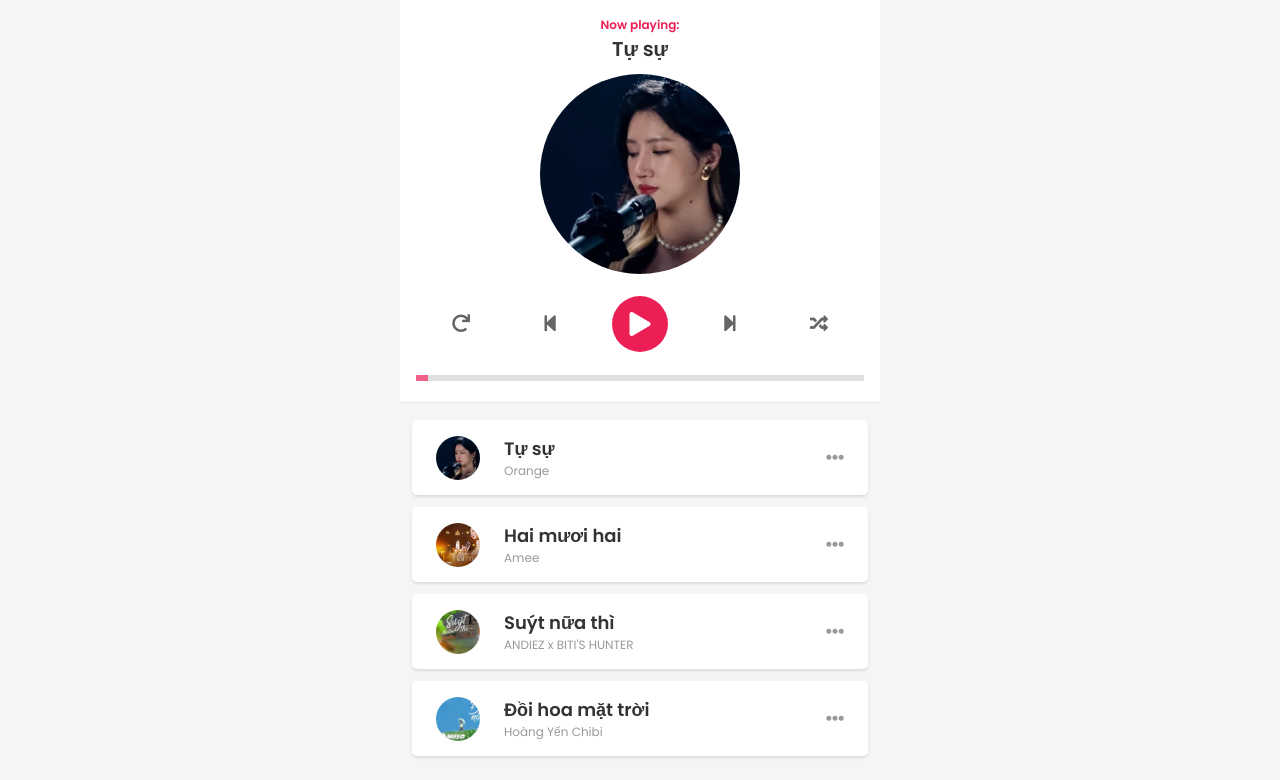
Repository: tannv3201/learn_JS_F8
Page: Example/Music player/index.html
These files come from the project's save history. The page is drawn as it stood at one moment and after the next save; the edit follows.
The browser window is 1280 px wide. The pictures show the whole page.

Above is the page before, as saved 2022-08-17 13:51:16.

After the next save:
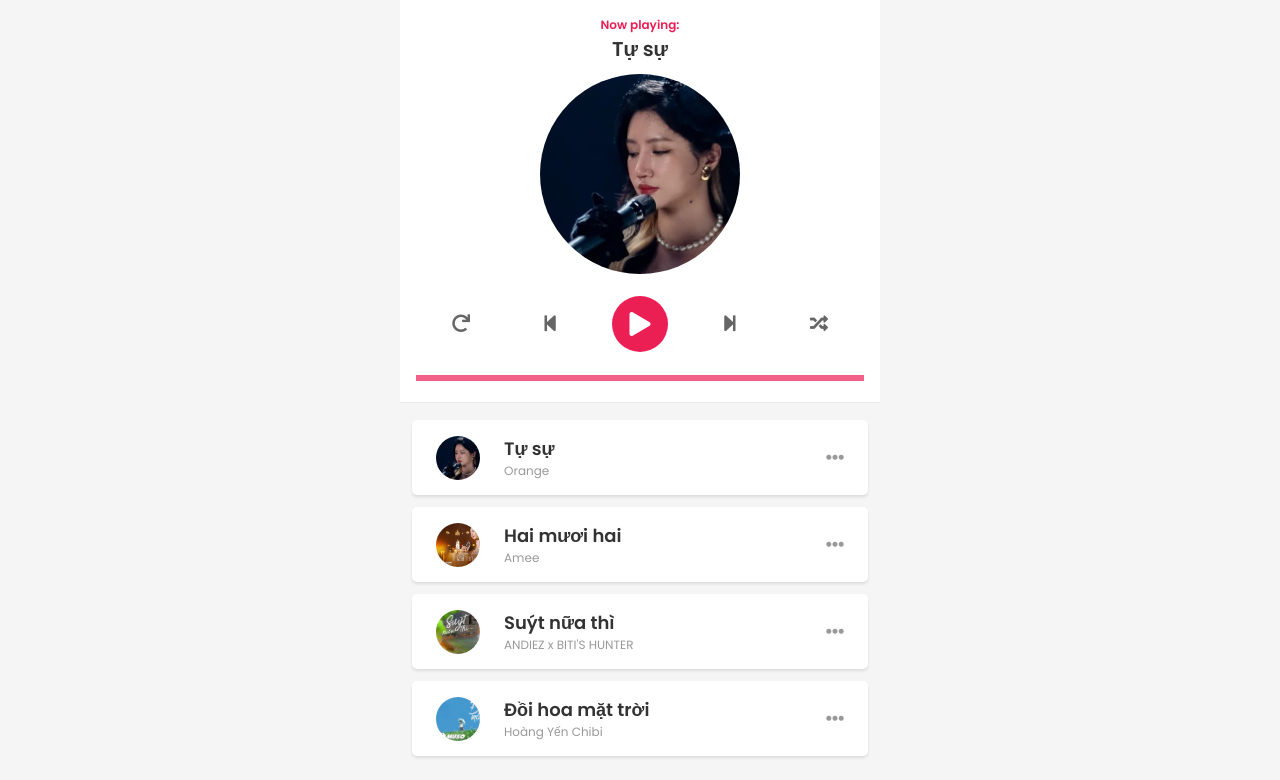
Saved 9 s later.
--- a/Example/Music player/style.css
+++ b/Example/Music player/style.css
@@ -122,7 +122,6 @@
 .progress::-webkit-slider-thumb {
     -webkit-appearance: none;
     appearance: none;
-    width: 12px;
     height: 6px;
     background-color: var(--primary-color);
     cursor: pointer;

After the save that followed:
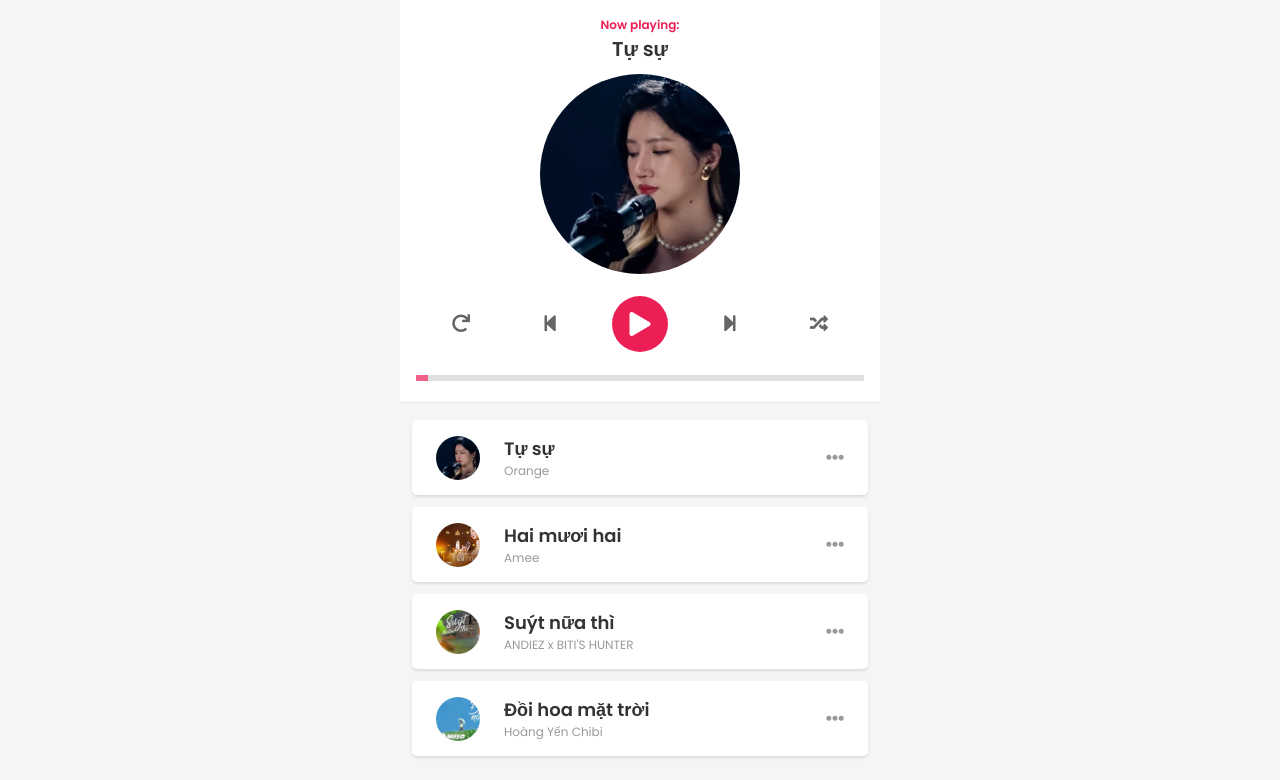
Saved 4 s later.
--- a/Example/Music player/style.css
+++ b/Example/Music player/style.css
@@ -122,6 +122,7 @@
 .progress::-webkit-slider-thumb {
     -webkit-appearance: none;
     appearance: none;
+    width: 12px;
     height: 6px;
     background-color: var(--primary-color);
     cursor: pointer;
